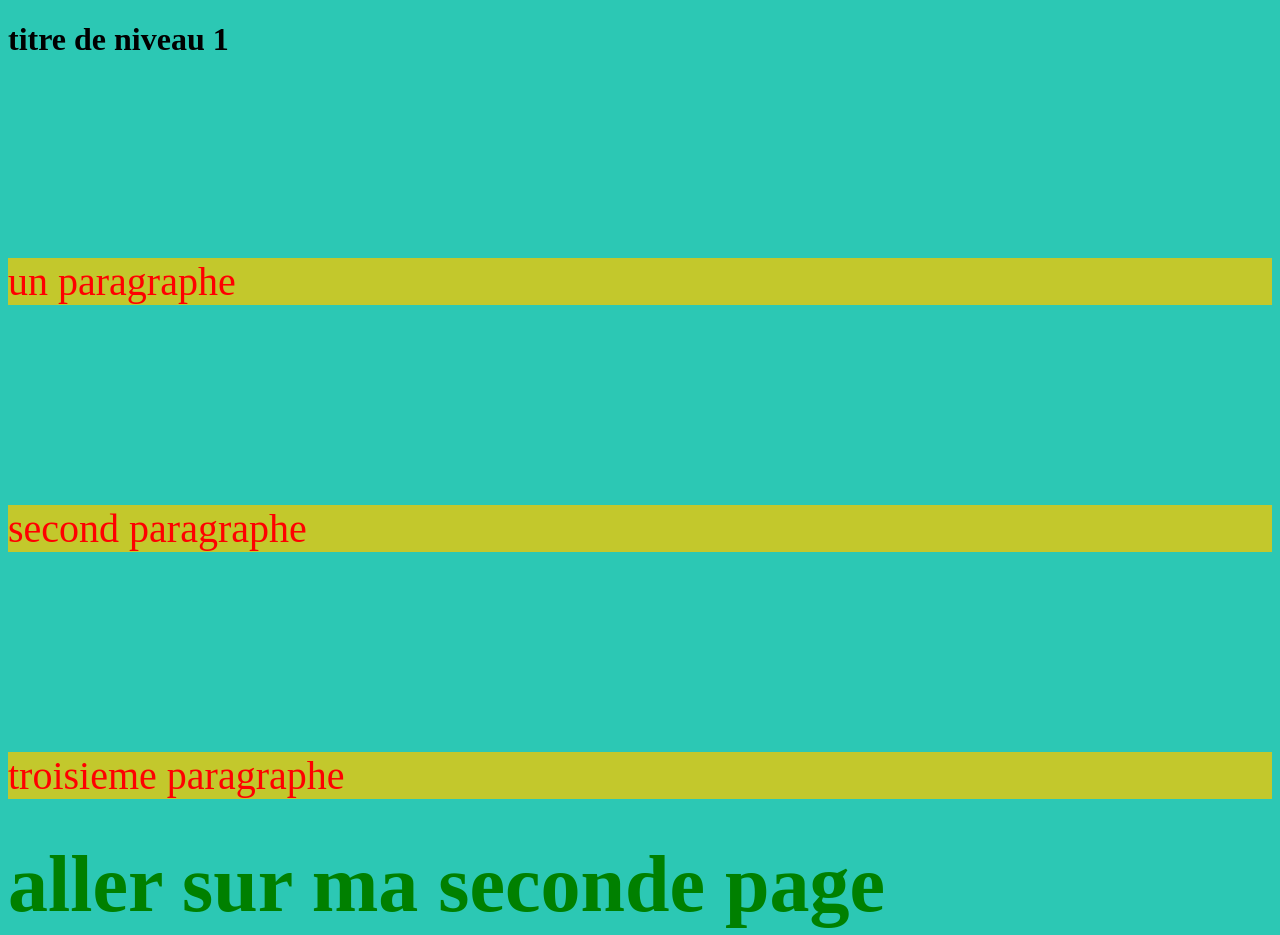
Repository: Poulpyto/fitec
Page: workspaceHtmlFlo/PremierTp_htmlCss/WebContent/htmlEtCss.html
The author's editor kept a copy of each file at every save. The page is drawn from the files as they stood at one save, then again after the next save.
The browser window is 1280 px wide. The pictures show the whole page.

Above is the page before, as saved 2017-04-03 13:03:03.

After the next save:
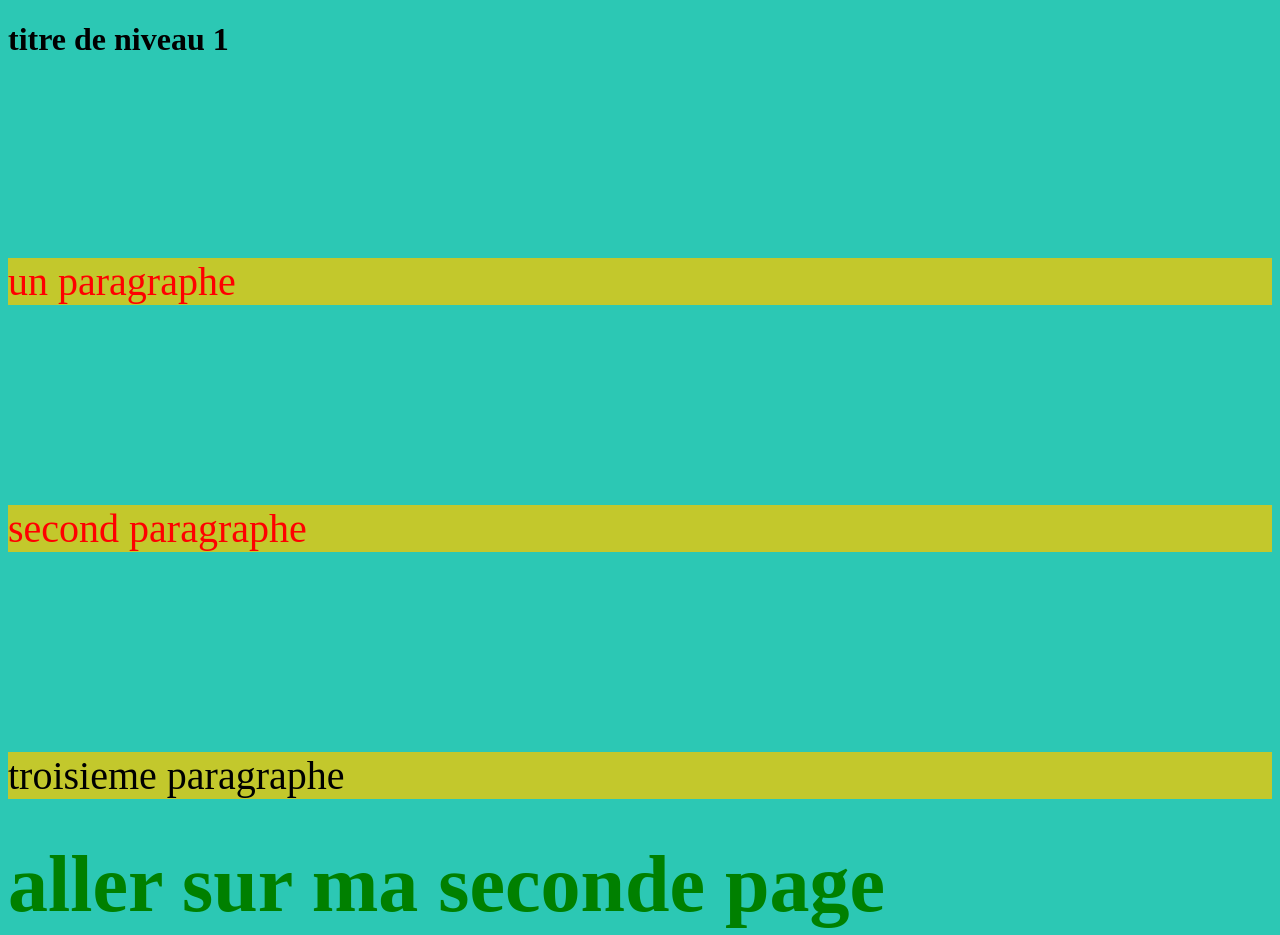
Saved 19 s later.
--- a/workspaceHtmlFlo/PremierTp_htmlCss/WebContent/htmlEtCss.html
+++ b/workspaceHtmlFlo/PremierTp_htmlCss/WebContent/htmlEtCss.html
@@ -9,7 +9,7 @@
 		<h1>titre de niveau 1</h1>
 		<p>un paragraphe</p>
 		<p>second paragraphe</p>
-		<p id="toto">troisieme paragraphe</p>
+		<p class="toto">troisieme paragraphe</p>
 		<a href="C:\Users\Stagiaire\Desktop\workspaceHtmlFlo\PremierTp\WebContent\NewFile.html">aller sur ma seconde page</a>
 	</body>
 </html>

After the 2 saves that followed:
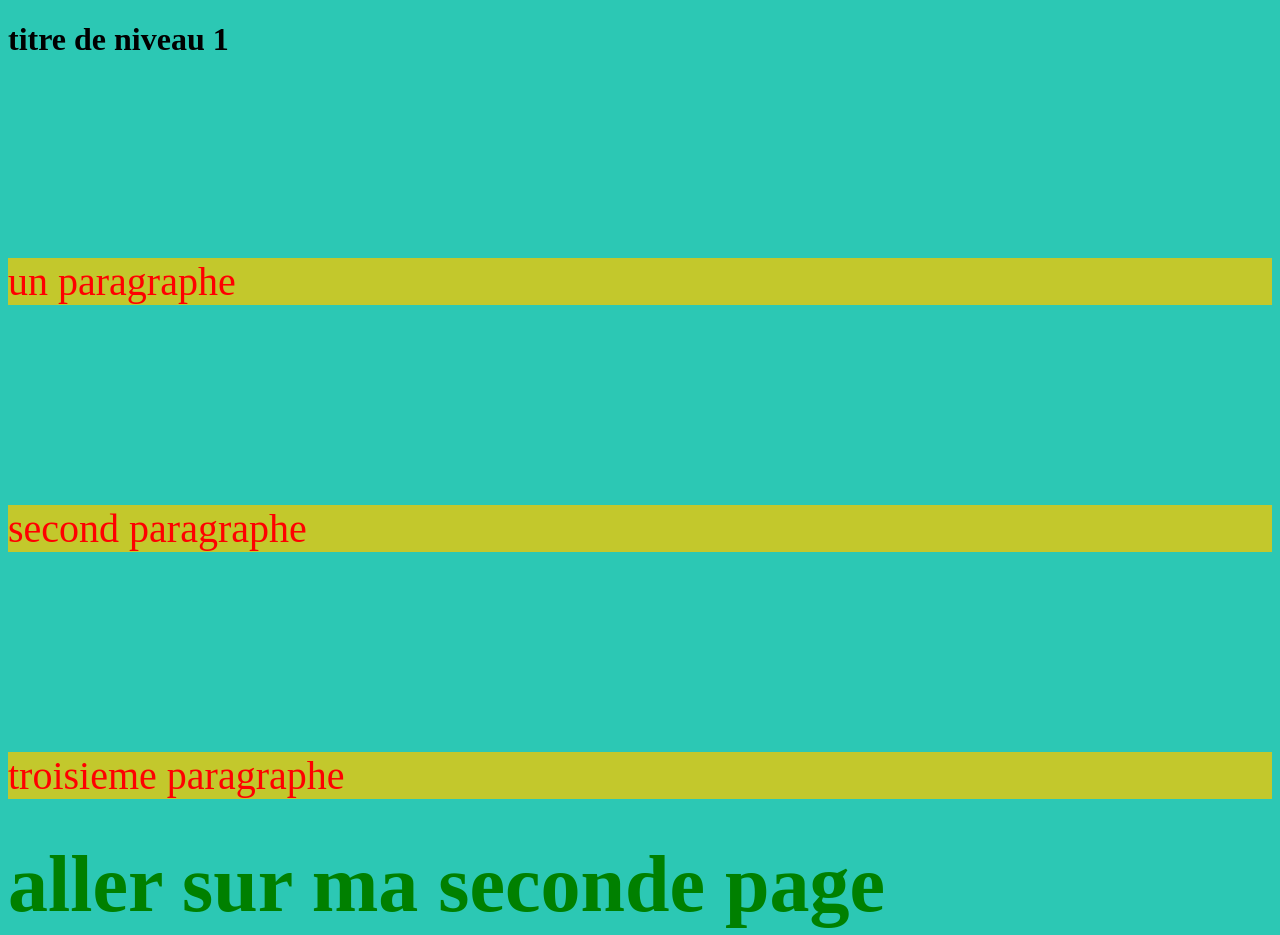
The 2 saves are shown as one change because 1 left the picture as it was.
The last was saved 34 s later.
--- a/workspaceHtmlFlo/PremierTp_htmlCss/WebContent/htmlEtCss.html
+++ b/workspaceHtmlFlo/PremierTp_htmlCss/WebContent/htmlEtCss.html
@@ -9,7 +9,7 @@
 		<h1>titre de niveau 1</h1>
 		<p>un paragraphe</p>
 		<p>second paragraphe</p>
-		<p class="toto">troisieme paragraphe</p>
+		<p id="toto">troisieme paragraphe</p>
 		<a href="C:\Users\Stagiaire\Desktop\workspaceHtmlFlo\PremierTp\WebContent\NewFile.html">aller sur ma seconde page</a>
 	</body>
 </html>
--- a/workspaceHtmlFlo/PremierTp_htmlCss/WebContent/css/style.css
+++ b/workspaceHtmlFlo/PremierTp_htmlCss/WebContent/css/style.css
@@ -18,6 +18,7 @@ a{
 	font-size: 500%;
 	text-decoration: none;
 }
+
 .toto{
 	color: black;
 }
